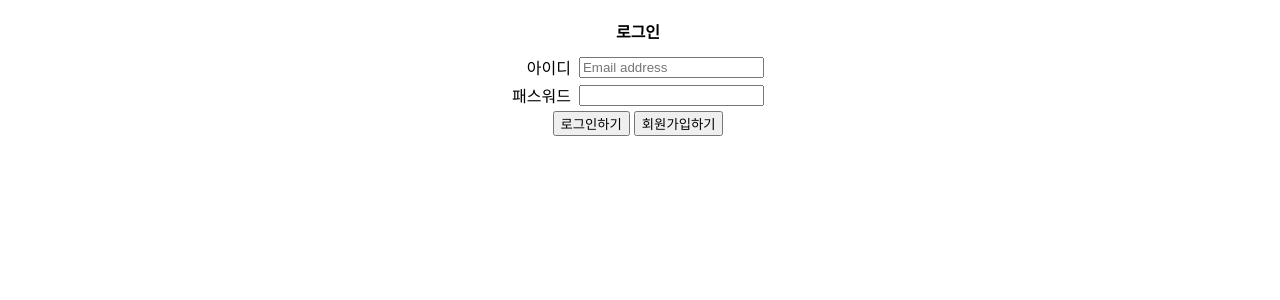
Repository: Dnut0121/2023_JSP
Page: http://localhost/Hello2/loginForm.jsp
An editor plug-in stored every save of this project. The page is shown before and after a run of saves, followed by the edit.
The browser window is 1280 px wide. The pictures show the whole page.
The page is served by Tomcat 9. Other server files are loaded and not shown.

Above is the page before, as saved 2023-11-29 03:10:47.

### 201907036_KDH/Hello2/src/main/webapp/loginForm.jsp
<%@ page language="java" contentType="text/html; charset=UTF-8"
    pageEncoding="UTF-8"%>
<!DOCTYPE html>
<html>
<head>
	<meta charset="UTF-8">
</head>
<body>
	<form action="login.jsp">
	<table align=center>
	<tr><td colspan=2 align=center height=40><b>로그인</b><td></tr>
	<tr>
		<td align=right>아이디&nbsp;</td>
		<td><input type="text" name="id" placeholder="Email address" required></td>
	</tr>
	<tr>
		<td align=right>패스워드&nbsp;</td>
		<td><input type="password" name="ps" required></td>
	</tr>
	<tr>
		<td colspan=2 align=center height ="5">
			<input type="submit" value="로그인하기">
			<a href='signup.jsp'><button>회원가입하기</button></a>
		</td>
	</tr>
	</table>
	</form>
</body>
</html>

After the next 3 saves:
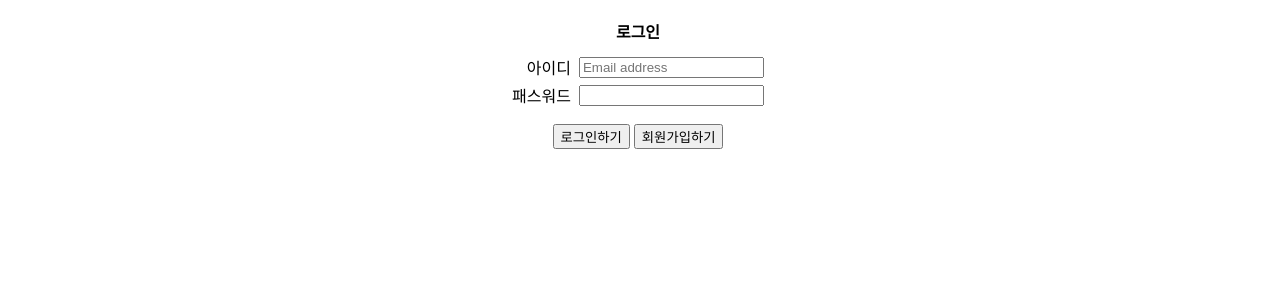
The 3 saves are shown as one change because they came seconds apart.
The last was saved 8 s later.
--- a/201907036_KDH/Hello2/src/main/webapp/loginForm.jsp
+++ b/201907036_KDH/Hello2/src/main/webapp/loginForm.jsp
@@ -18,7 +18,7 @@
 		<td><input type="password" name="ps" required></td>
 	</tr>
 	<tr>
-		<td colspan=2 align=center height ="5">
+		<td colspan=2 align=center height ="50">
 			<input type="submit" value="로그인하기">
 			<a href='signup.jsp'><button>회원가입하기</button></a>
 		</td>

After the save that followed:
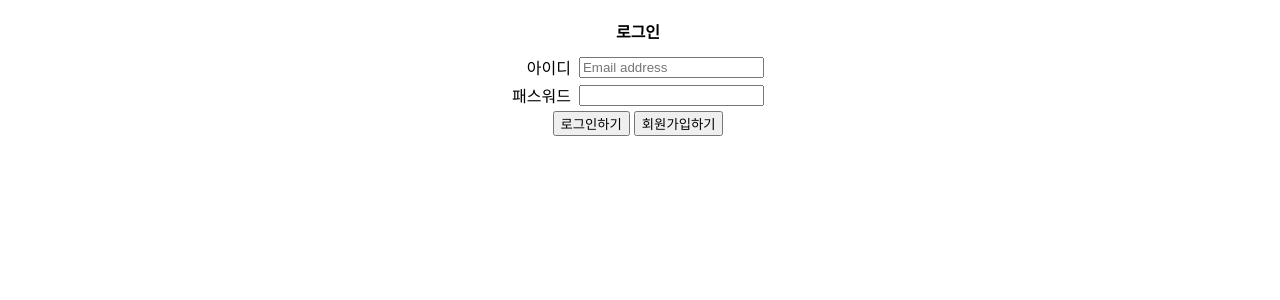
Saved 12 s later.
--- a/201907036_KDH/Hello2/src/main/webapp/loginForm.jsp
+++ b/201907036_KDH/Hello2/src/main/webapp/loginForm.jsp
@@ -18,7 +18,7 @@
 		<td><input type="password" name="ps" required></td>
 	</tr>
 	<tr>
-		<td colspan=2 align=center height ="50">
+		<td colspan=2 align=center>
 			<input type="submit" value="로그인하기">
 			<a href='signup.jsp'><button>회원가입하기</button></a>
 		</td>
